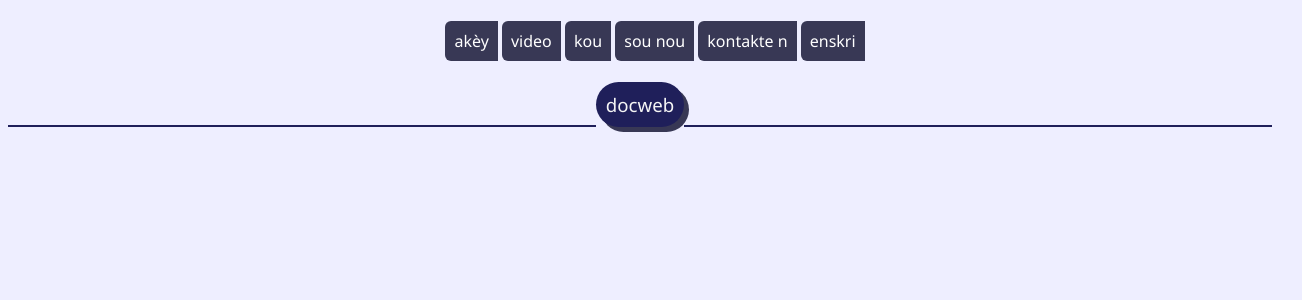
Repository: duperweb/docweb
Page: index.html
An editor plug-in stored every save of this project. The page is shown before and after the next save, followed by the edit.
The browser window is 1280 px wide. The page is 1302 px wide, so the pictures cover 1302 px, including what lies to the right of the window. The pictures show the whole page.

Above is the page before, as saved 2021-03-16 15:34:10.

### index.html
<!DOCTYPE html>
<html lang="en">
<head>
    <meta charset="UTF-8">
    <meta http-equiv="X-UA-Compatible" content="IE=edge">
    <meta name="viewport" content="width=device-width, initial-scale=1.0">
    <title>DocWeb: Dokiman Pou Aprann Devlope Web</title>
    <link rel="stylesheet"href="https://fonts.googleapis.com/css?family=Tangerine">
    <link rel="stylesheet" href="assets/css/home.css">
</head>
<body>
    <!--HEADER SECTION WITH ITS CHILD-->
    <header id="header-pages">
        <!--the top menu horizontal-->
        <nav id="nav-horizontal-menu" class="">
            <a href="index.html">akèy</a>
            <a href="video.html">video</a>
            <a href="kou.html">kou</a>
            <a href="about.html">sou nou</a>
            <a href="mailto:duperweb@gmail.com">kontakte n</a>
            <a href="sign.html" id="signin">enskri</a>
        </nav> <!-- end of the top menu horizontal-->
        <div class="docweb">
            <span class="header-line"></span>
             <span class="docweb-text-logo">docweb</span>
            <span class="header-line"></span>
        </div>
        <!--this the top line section-->
    </header><!--end of the HEADER SECTION-->


</body>
</html>

### assets/css/home.css
/**************************************
IMPORTING OTHER FILE TO LOAD FIRST
*************************************/


/********************************
    RESET DEFAULT BEHAVIOR
********************************/
a {
    text-decoration: none;
}

body {
    background-color: #eef;
    font-family: 'Segoe UI', Tahoma, Geneva, Verdana, sans-serif;
}

/*===================== HEADER PAGES SECTION===========================*/
.header-pages {
    /*with  % make container relative to size and can be centralized*/
    margin: 0 auto;
}

#nav-horizontal-menu {
    width: 100%;
    margin: 15px auto;
    padding: 15px;
    border-radius: 0 0 6px 6px;
    text-align: center;
}
#nav-horizontal-menu a {
    color: white;
    background-color: #383855;
    padding: 9px;
    border-radius: 6px 0 0 6px;

}
.docweb {
    margin: 0 auto;
    text-align: center;
}

.header-line {
    font-size: 16px;
    flex: 2;
    width: 2000px;
    border-bottom: 2px #1f1f5a double;
}

.docweb {
    display: flex;
}
.docweb-text-logo {
    background: #1f1f5a;
    font-size: 14pt;
    color: whitesmoke;
    padding: 10px;
    border-radius: 100px;
    box-shadow: 5px 5px #383855;
}
/*===================== END OF HEADER  TOP SECTION====================*/

After the next save:
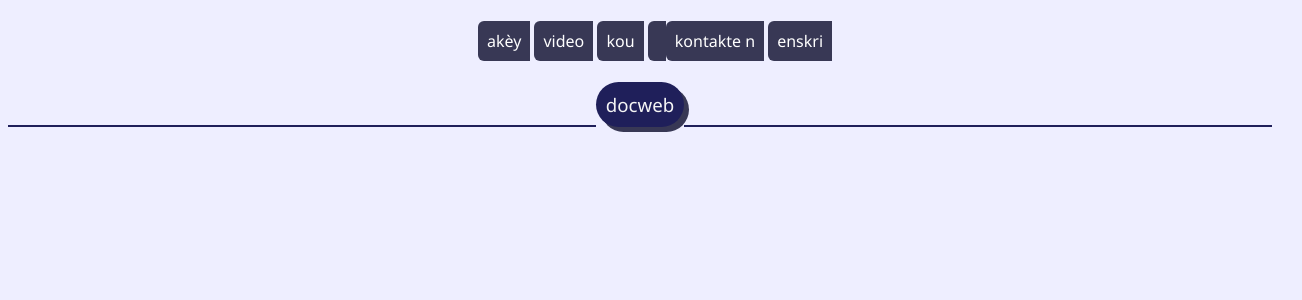
Saved 54 s later.
--- a/index.html
+++ b/index.html
@@ -16,7 +16,7 @@
             <a href="index.html">akèy</a>
             <a href="video.html">video</a>
             <a href="kou.html">kou</a>
-            <a href="about.html">sou nou</a>
+            <a href="about.html"></a>
             <a href="mailto:duperweb@gmail.com">kontakte n</a>
             <a href="sign.html" id="signin">enskri</a>
         </nav> <!-- end of the top menu horizontal-->
